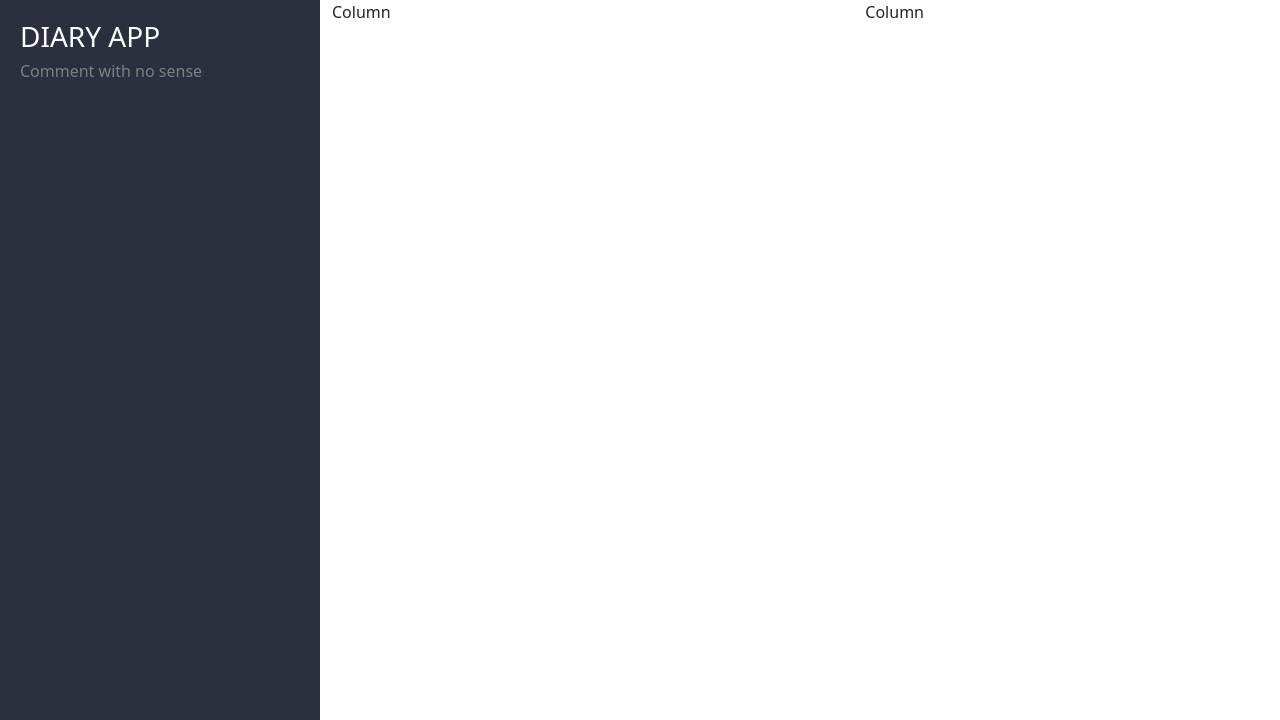
Repository: tsydikov/diary
Page: /
An editor plug-in stored every save of this project. The page is shown before and after the next save, followed by the edit.
The browser window is 1280 px wide. The pictures show the whole page.
The project was rebuilt for these pictures with package versions that can differ from the ones it lists, and the page was loaded fresh each time.

Above is the page before, as saved 2021-09-10 19:04:50.

After the next save:
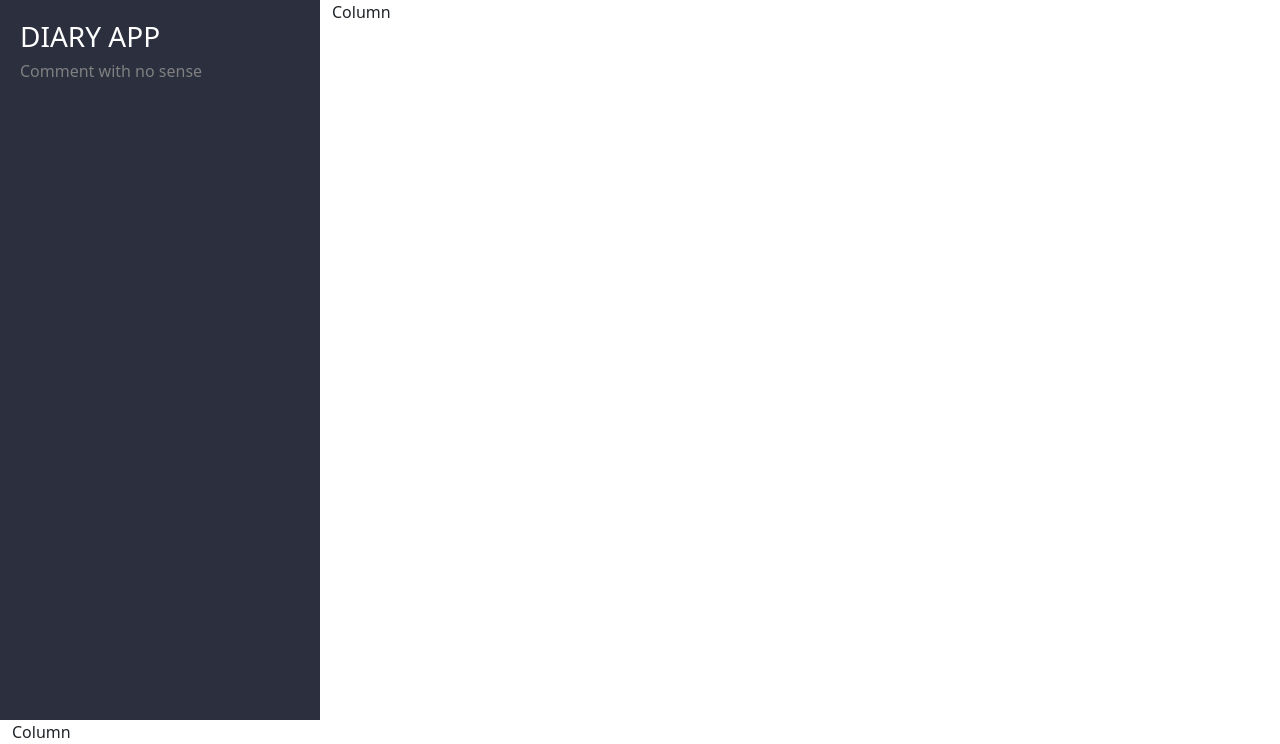
Saved 25 s later.
--- a/src/App.js
+++ b/src/App.js
@@ -8,7 +8,7 @@
         <div class="col-3 px-0" >
           <Navbar />
     </div>
-        <div class="col-5">
+        <div class="col-6">
           Column
     </div>
         <div class="col-4">

After the save that followed:
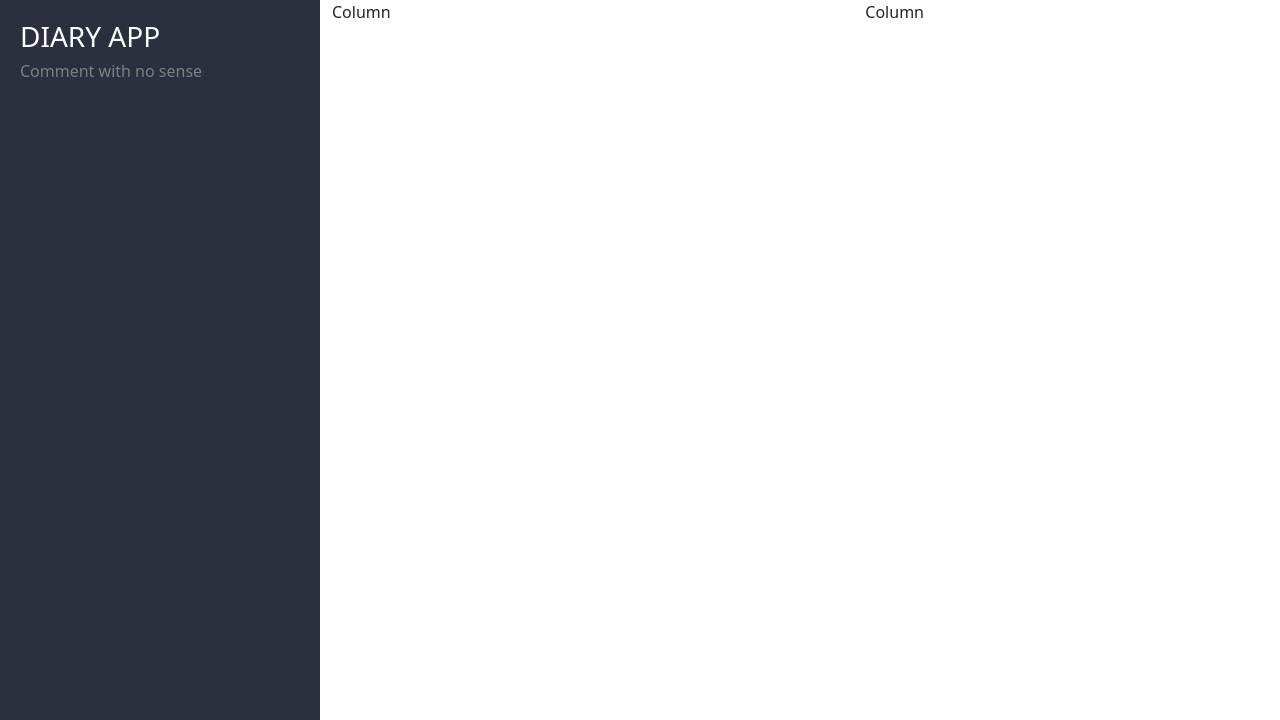
Saved 5 s later.
--- a/src/App.js
+++ b/src/App.js
@@ -8,7 +8,7 @@
         <div class="col-3 px-0" >
           <Navbar />
     </div>
-        <div class="col-6">
+        <div class="col-5">
           Column
     </div>
         <div class="col-4">
